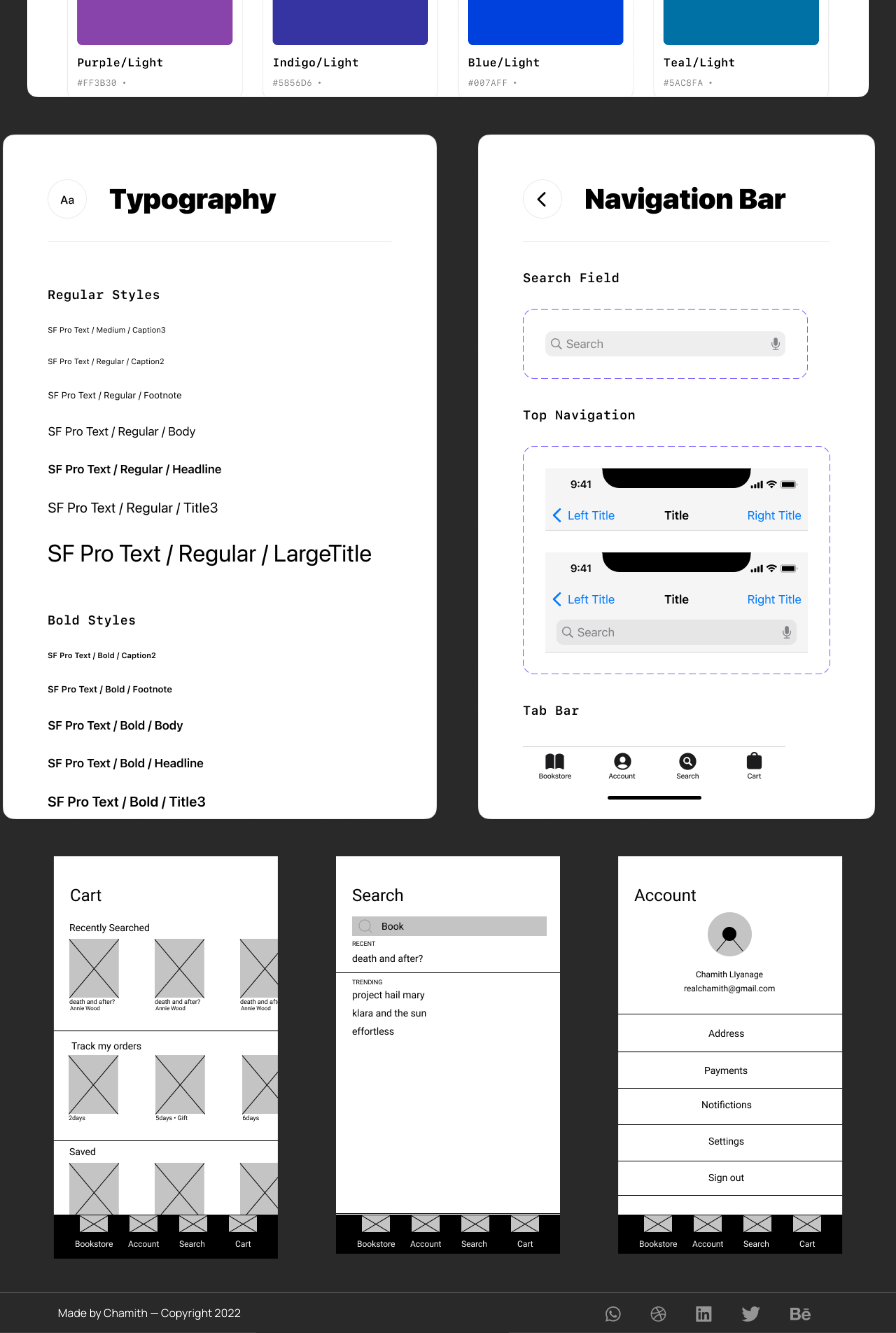
Repository: Realchamithweb/chamith-html
Page: work.html
The author's editor kept a copy of each file at every save. The page is drawn from the files as they stood at one save, then again after a run of saves.
The browser window is 1280 px wide. The pictures show the part of the page from y = 3583 to 5503 px (the page is 5487 px tall before and 5503 px after), at 70% of full size.

Above is the page before, as saved 2023-01-24 08:02:49.

After the next 7 saves:
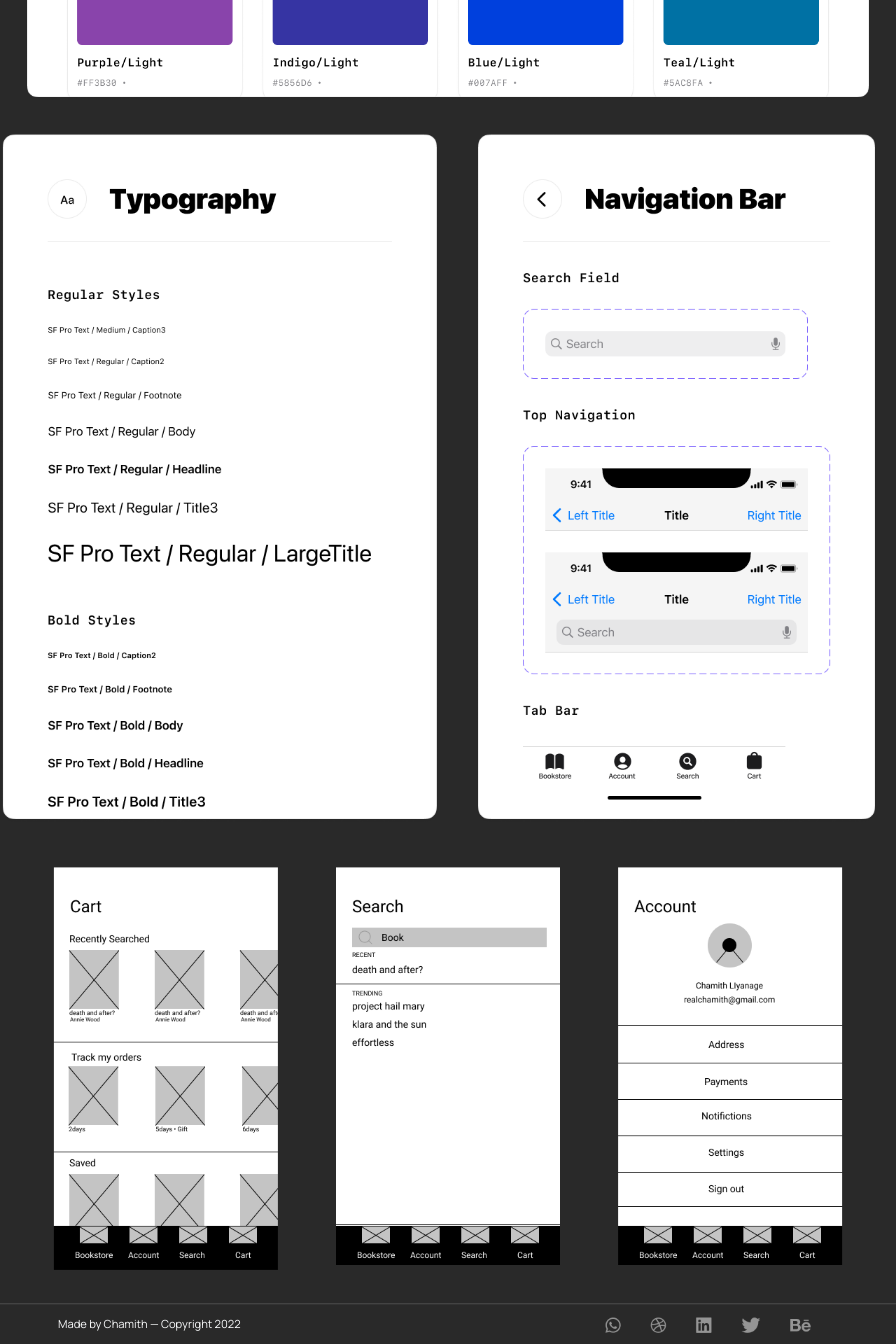
The 7 saves are shown as one change because they came seconds apart.
The last was saved 87 s later.
--- a/work.html
+++ b/work.html
@@ -125,6 +125,7 @@
             </section>
             <section>
                 <div class="row p-5">
+                    <div class="col-lg-12"><p></div>
                     <div class="col-lg-4 mx-auto">
                         <img src="/inc/Cart.png" class="img-fluid mx-auto d-block text-center">
                     </div>
